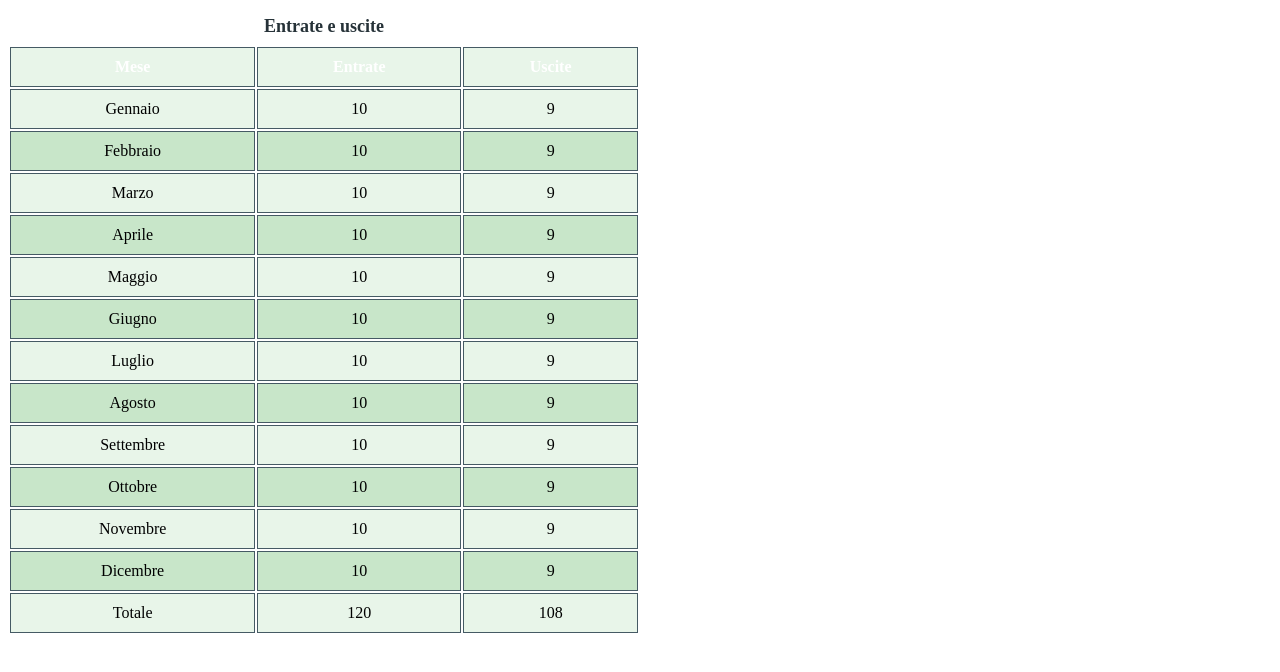
Repository: CryptoFamilyNFT/develhope
Page: css/tabellaCSS/index.html
An editor plug-in stored every save of this project. The page is shown before and after the next save, followed by the edit.
The browser window is 1280 px wide. The pictures show the whole page.

Above is the page before, as saved 2024-11-08 11:55:42.

After the next save:
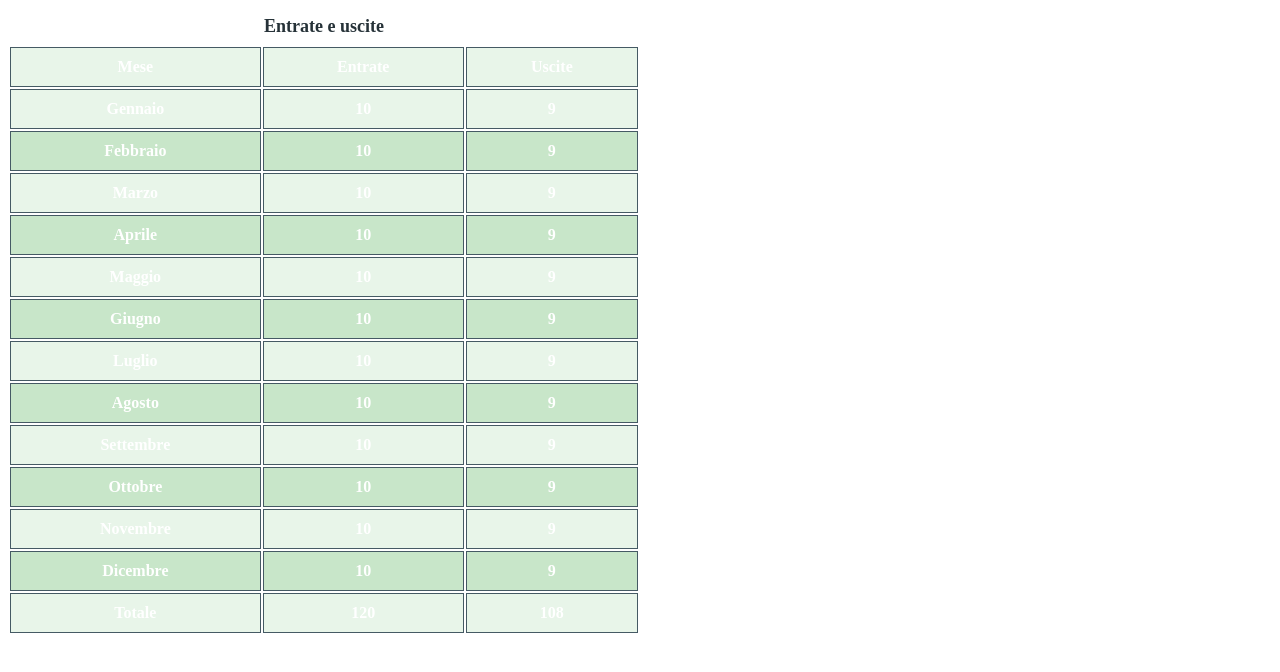
Saved 4 s later.
--- a/css/tabellaCSS/style.css
+++ b/css/tabellaCSS/style.css
@@ -10,7 +10,7 @@ table > caption {
     padding: 8px;
 }
 
- thead > tr {
+ thead, tr {
     background-color: #455a64;
     color: white;
     font-weight: 700;

After the save that followed:
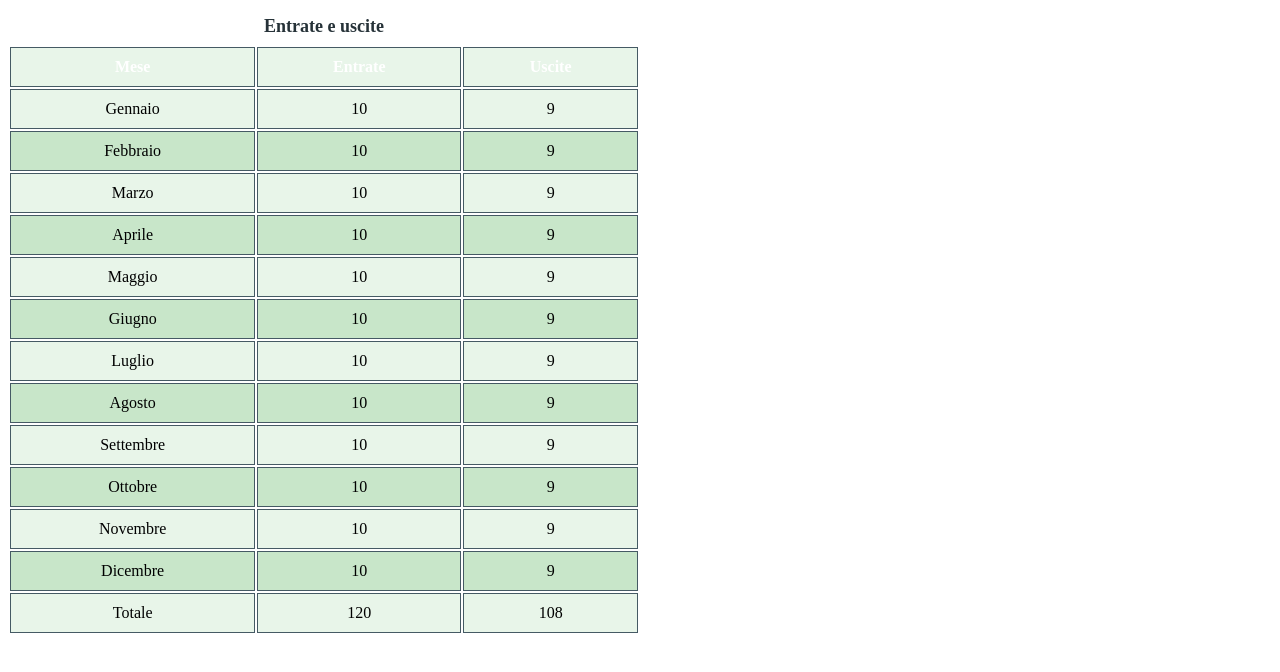
Saved 4 s later.
--- a/css/tabellaCSS/style.css
+++ b/css/tabellaCSS/style.css
@@ -10,7 +10,7 @@ table > caption {
     padding: 8px;
 }
 
- thead, tr {
+table > thead > tr {
     background-color: #455a64;
     color: white;
     font-weight: 700;
